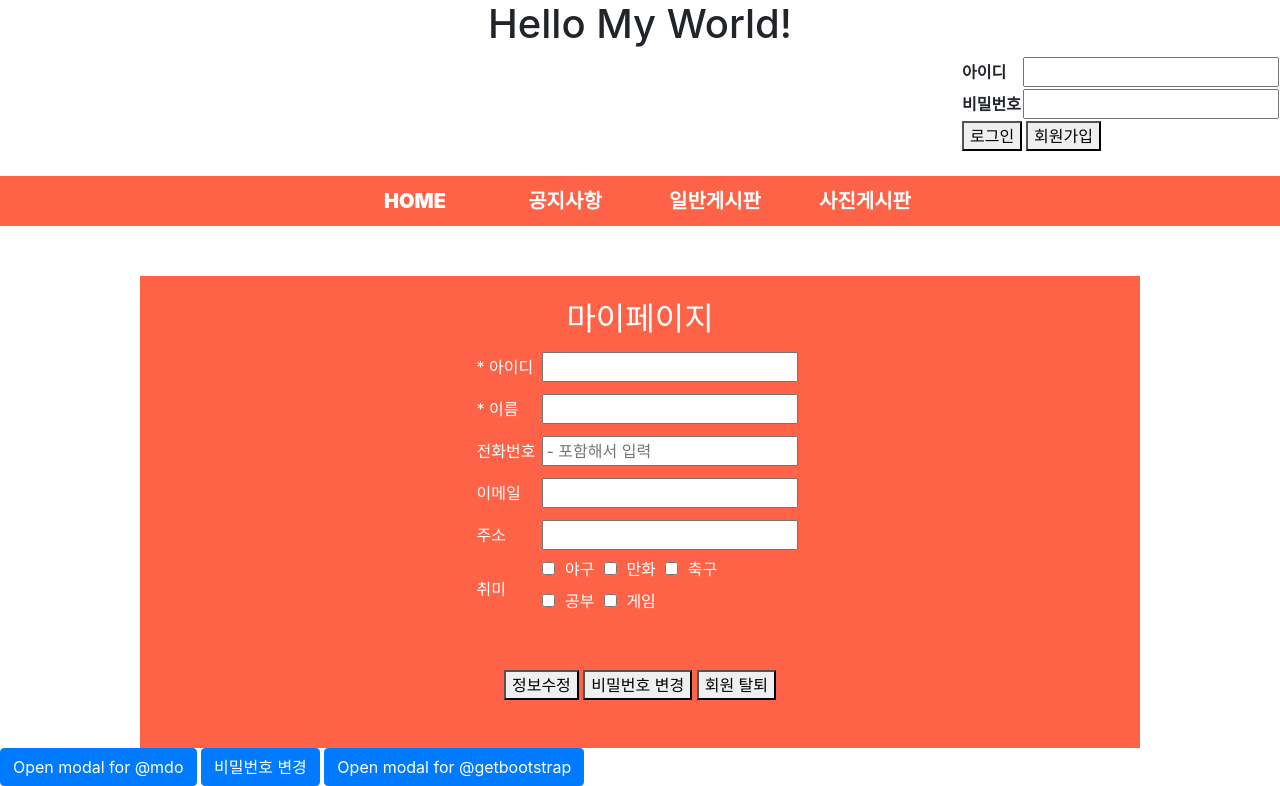
Repository: Developer-Choi-Jae-Young/ServletPractice
Page: http://localhost/jspProject/myPage.me
The author's editor kept a copy of each file at every save. The page is drawn from the files as they stood at one save, then again after the next save.
The browser window is 1280 px wide. The pictures show the whole page.
The page is served by Tomcat 9. Other server files are loaded and not shown.

Above is the page before, as saved 2024-09-03 01:18:22.

### jspProject/src/main/webapp/views/member/myPage.jsp
<%@ page language="java" contentType="text/html; charset=UTF-8"
    pageEncoding="UTF-8"%>
<!DOCTYPE html>
<html>
<head>
<meta charset="UTF-8">
<title>Insert title here</title>

<style>
	.outer {
		background-color: tomato;
		color: white;
		width: 1000px;
		margin: auto;
		margin-top: 50px;
	}

	#enroll-form table {
		margin: auto;
	}

	#enroll-form input {
		margin: 5px;
	}
</style>

</head>
<body>
	<%@ include file="../common/menubar.jsp" %>

	<div class="outer">
		<br>

		<h2 align="center">마이페이지</h2>

		<form id="enroll-form" action="<%= contextPath %>/update.me" method="post">
			<table>
				<tr>
					<td>* 아이디</td>
					<td>
						<input type="text" name="userId" maxlength="12" value="${ sessionScope.loginUser.userId }" readonly="readonly">
					</td>
				</tr>
				<tr>
					<td>* 이름</td>
					<td>
						<input type="text" name="userName" maxlength="6" value="${ sessionScope.loginUser.userName }" required>
					</td>
				</tr>
				<tr>
					<td>전화번호</td>
					<td>
						<input type="tel" name="phone" placeholder="- 포함해서 입력" value="${ sessionScope.loginUser.phone }">
					</td>
				</tr>
				<tr>
					<td>이메일</td>
					<td>
						<input type="email" name="email" value="${ sessionScope.loginUser.email }">
					</td>
				</tr>
				<tr>
					<td>주소</td>
					<td>
						<input type="text" name="address" value="${ sessionScope.loginUser.address }">
					</td>
				</tr>
				<tr>
					<td>취미</td>
					<td>
						<input type="checkbox" name="interest" value="야구" id="baseball">
						<label for="baseball">야구</label>

						<input type="checkbox" name="interest" value="만화" id="cartoon">
						<label for="cartoon">만화</label>

						<input type="checkbox" name="interest" value="축구" id="soccer">
						<label for="soccer">축구</label>

						<br>

						<input type="checkbox" name="interest" value="공부" id="study">
						<label for="study">공부</label>

						<input type="checkbox" name="interest" value="게임" id="game">
						<label for="game">게임</label>
					</td>
				</tr>
			</table>

			<br><br>

			<div align="center">
				<button type="submit">정보수정</button>
				<button type="button" data-toggle="modal" data-target="#updatePwdModal">비밀번호 변경</button>
				<button type="button">회원 탈퇴</button>
			</div>

			<br><br>
		</form>
	</div>

	<!-- 비밀번호 변경용 모달 -->
	<button type="button" class="btn btn-primary" data-bs-toggle="modal" data-bs-target="#exampleModal" data-bs-whatever="@mdo">Open modal for @mdo</button>
	<button type="button" class="btn btn-primary" data-toggle="modal" data-target="#updatePwdModal" data-whatever="@fat">비밀번호 변경</button>
	<button type="button" class="btn btn-primary" data-bs-toggle="modal" data-bs-target="#exampleModal" data-bs-whatever="@getbootstrap">Open modal for @getbootstrap</button>

	<div class="modal fade" id="updatePwdModal" tabindex="-1" aria-labelledby="exampleModalLabel" aria-hidden="true">
	  <div class="modal-dialog">
	    <div class="modal-content">
	      <div class="modal-header">
	        <h1 class="modal-title fs-5" id="exampleModalLabel">New message</h1>
	        <button type="button" class="close" data-dismiss="modal" aria-label="Close">&times</button>
	      </div>
	      <div class="modal-body">
	        <form>
	          <div class="mb-3">
	            <label for="recipient-name" class="col-form-label">Recipient:</label>
	            <input type="text" class="form-control" id="recipient-name">
	          </div>
	          <div class="mb-3">
	            <label for="message-text" class="col-form-label">Message:</label>
	            <textarea class="form-control" id="message-text"></textarea>
	          </div>
	        </form>
	      </div>
	      <div class="modal-footer">
	        <button type="button" class="btn btn-secondary" data-dismiss="modal">Close</button>
	        <button type="button" class="btn btn-primary">Send message</button>
	      </div>
	    </div>
	  </div>
	</div>

	<script>
		$(function() {
			const interest = "${ sessionScope.loginUser.interest }";
			console.log(interest);
			const checkArr = $("input[name=interest]");

			for(let check of checkArr) {
				if(interest.includes(check.value)) {
					check.checked = true;
				}
			}
		});
	</script>
</body>
</html>

### jspProject/src/main/webapp/views/common/menubar.jsp
<%@ page language="java" contentType="text/html; charset=UTF-8"
    pageEncoding="UTF-8"%>
<%@ taglib prefix="c" uri="http://java.sun.com/jsp/jstl/core" %>
<!DOCTYPE html>
<html>
<head>
<meta charset="UTF-8">
<title>Insert title here</title>

<!-- Latest compiled and minified CSS -->
<link rel="stylesheet" href="https://cdn.jsdelivr.net/npm/bootstrap@4.6.2/dist/css/bootstrap.min.css">

<!-- jQuery library -->
<script src="https://cdn.jsdelivr.net/npm/jquery@3.7.1/dist/jquery.slim.min.js"></script>

<!-- Popper JS -->
<script src="https://cdn.jsdelivr.net/npm/popper.js@1.16.1/dist/umd/popper.min.js"></script>

<!-- Latest compiled JavaScript -->
<script src="https://cdn.jsdelivr.net/npm/bootstrap@4.6.2/dist/js/bootstrap.bundle.min.js"></script>

<style>
	.login-area > *{
		float: right;
	}

	.login-area a {
		text-decoration: none;
		color: black;
		font-size: 12px;
	}

	.nav-area{
		background-color: tomato;
	}

	.menu {
		display: table-cell;
		width: 150px;
		height: 50px;
	}

	.menu a {
		text-decoration: none;
		color: white;
		font-size: 20px;
		font-weight: 900;
		display: inline-block;
		width: 100%;
		height: 100%;
		line-height: 50px;
	}

	.menu a:hover {
		background-color: lightsalmon;
	}
</style>
</head>
<body>
<%
	String contextPath = request.getContextPath();
	String alertMsg = (String)session.getAttribute("alertMsg");
%>
	<% if(alertMsg != null) { %>
	<script>
		alert("<%= alertMsg %>");
	</script>
	<% session.removeAttribute("alertMsg"); %>
	<% } %>

	<h1 align="center">Hello My World!</h1>

	<div class="login-area">
		<c:choose>
			<c:when test="${ empty loginUser }">
				<!-- 로그인 전 -->
				<form action="<%= contextPath %>/login.me" method="post">
					<table>
						<tr>
							<th>아이디</th>
							<td>
								<input type="text" name="userId" required>
							</td>
						</tr>
						<tr>
							<th>비밀번호</th>
							<td>
								<input type="password" name="userPwd" required>
							</td>
						</tr>
						<tr>
							<th colspan="2">
								<button type="submit">로그인</button>
								<button type="button" onclick="enrollPage();">회원가입</button>
							</th>
						</tr>
					</table>
					<script>
						// 회원가입 페이지 요청
						function enrollPage() {
							// location.href = "<%= contextPath %>/views/member/memberEnrollForm.jsp";
							// => 웹 페이지에서 폴더 구조를 그대로 노출하게 되면 보안에 취약!

							// 서블릿을 사용하여 페이지 요청
							location.href = "<%= contextPath %>/enrollForm.me"
						}
					</script>
				</form>
			</c:when>
			<c:otherwise>
				<!-- 로그인 후 -->
				<div>
					<b>${ loginUser.userName }</b>님의 방문을 환영합니다 ^^ <br><br>

					<div align="center">
						<a href="<%= contextPath %>/myPage.me">마이페이지</a>
						<a href="<%= contextPath %>/logout.me">로그아웃</a>
					</div>
				</div>
			</c:otherwise>
		</c:choose>

	</div>

	<br clear="both">
	<br>

	<div class="nav-area" align="center">
		<div class="menu"><a href="<%= contextPath %>">HOME</a></div>
		<div class="menu"><a href="#">공지사항</a></div>
		<div class="menu"><a href="#">일반게시판</a></div>
		<div class="menu"><a href="#">사진게시판</a></div>
	</div>
</body>
</html>

### jspProject/src/main/java/com/kh/member/controller/MyPageController.java
package com.kh.member.controller;

import java.io.IOException;
import javax.servlet.ServletException;
import javax.servlet.annotation.WebServlet;
import javax.servlet.http.HttpServlet;
import javax.servlet.http.HttpServletRequest;
import javax.servlet.http.HttpServletResponse;

import com.kh.member.model.service.MemberService;
import com.kh.member.model.vo.Member;

/**
 * Servlet implementation class MyPageController
 */
@WebServlet("/myPage.me")
public class MyPageController extends HttpServlet {
	private static final long serialVersionUID = 1L;

    /**
     * @see HttpServlet#HttpServlet()
     */
    public MyPageController() {
        super();
        // TODO Auto-generated constructor stub
    }

	/**
	 * @see HttpServlet#doGet(HttpServletRequest request, HttpServletResponse response)
	 */
	protected void doGet(HttpServletRequest request, HttpServletResponse response) throws ServletException, IOException {
		request.getRequestDispatcher("views/member/myPage.jsp").forward(request, response);
	}

	/**
	 * @see HttpServlet#doPost(HttpServletRequest request, HttpServletResponse response)
	 */
	protected void doPost(HttpServletRequest request, HttpServletResponse response) throws ServletException, IOException {
		// TODO Auto-generated method stub
		doGet(request, response);
	}

}

After the next save:
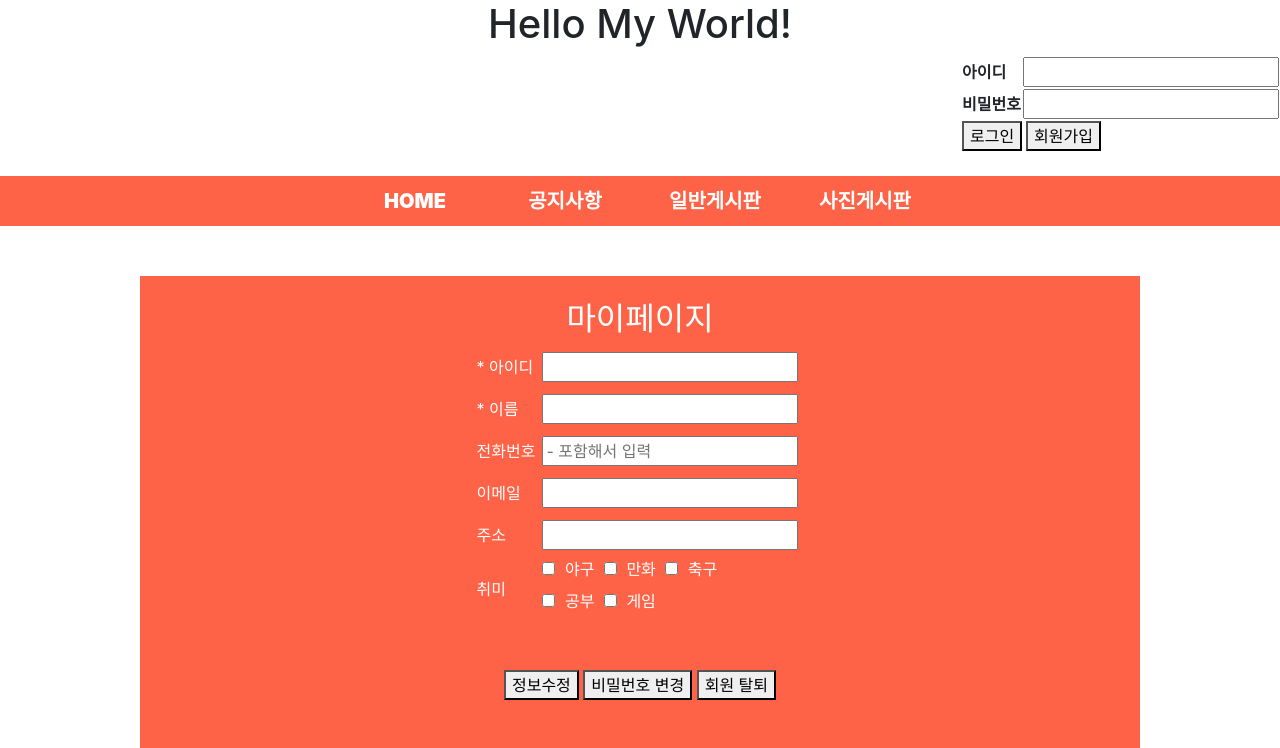
Saved 10 s later.
--- a/jspProject/src/main/webapp/views/member/myPage.jsp
+++ b/jspProject/src/main/webapp/views/member/myPage.jsp
@@ -101,10 +101,6 @@
 	</div>
 
 	<!-- 비밀번호 변경용 모달 -->
-	<button type="button" class="btn btn-primary" data-bs-toggle="modal" data-bs-target="#exampleModal" data-bs-whatever="@mdo">Open modal for @mdo</button>
-	<button type="button" class="btn btn-primary" data-toggle="modal" data-target="#updatePwdModal" data-whatever="@fat">비밀번호 변경</button>
-	<button type="button" class="btn btn-primary" data-bs-toggle="modal" data-bs-target="#exampleModal" data-bs-whatever="@getbootstrap">Open modal for @getbootstrap</button>
-
 	<div class="modal fade" id="updatePwdModal" tabindex="-1" aria-labelledby="exampleModalLabel" aria-hidden="true">
 	  <div class="modal-dialog">
 	    <div class="modal-content">
